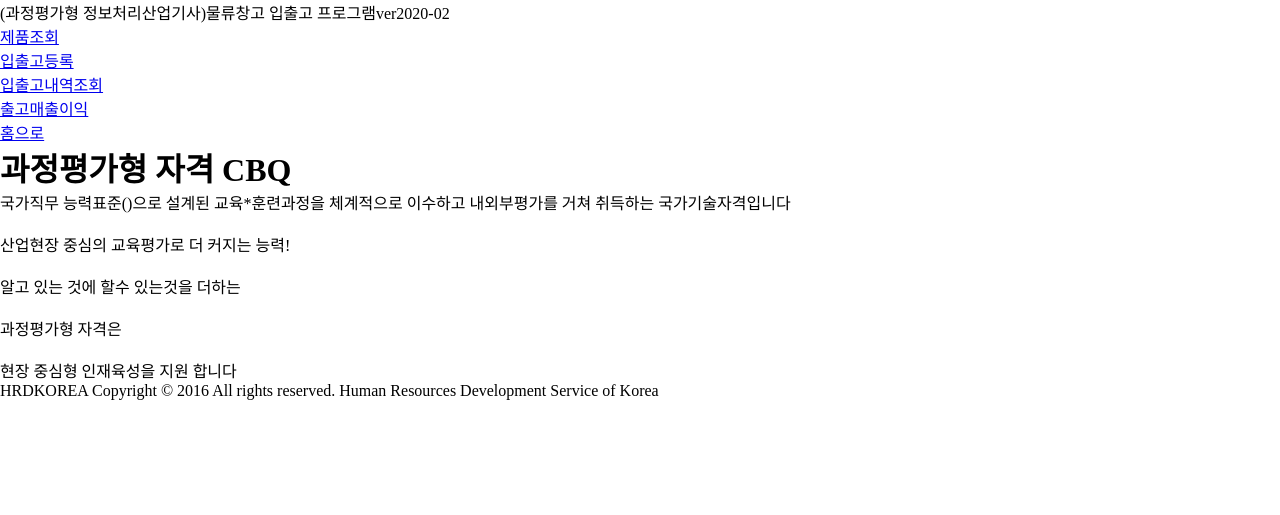
Repository: anakyn01/2_two
Page: http://localhost/cbq_1/two.jsp
The author's editor kept a copy of each file at every save. The page is drawn from the files as they stood at one save, then again after the next save.
The browser window is 1280 px wide. The pictures show the whole page.
The page is served by Tomcat 9. Other server files are loaded and not shown.

Above is the page before, as saved 2024-12-11 05:44:09.

### exam/cbq_1/src/main/webapp/two.jsp
<%@ page language="java" contentType="text/html; charset=UTF-8"
    pageEncoding="UTF-8"%>
<jsp:include page="include/header.jsp" flush="false" />

<jsp:include page="include/body.jsp" flush="flase" />

<jsp:include page="include/footer.jsp" flush="false" />

### exam/cbq_1/src/main/webapp/include/header.jsp
<%@ page language="java" contentType="text/html; charset=UTF-8"
    pageEncoding="UTF-8"%>
<!DOCTYPE html>
<html>
<head>
<meta charset="UTF-8">
<title>물류창고 입출고 프로그램</title>
<link rel="stylesheet" href="css/style.css"/>
</head>
<body>
<header>
(과정평가형 정보처리산업기사)물류창고 입출고 프로그램ver2020-02
</header>
<nav>
<ul class="nav">
<li><a href="one.jsp">제품조회</a></li>
<li><a href="two.jsp">입출고등록</a></li>
<li><a href="three.jsp">입출고내역조회</a></li>
<li><a href="four.jsp">출고매출이익</a></li>
<li><a href="/">홈으로</a></li>
</ul>
</nav>

### exam/cbq_1/src/main/webapp/include/body.jsp
<%@ page language="java" contentType="text/html; charset=UTF-8"
    pageEncoding="UTF-8"%>
<h1>과정평가형 자격 CBQ</h1>
<p>
국가직무 능력표준()으로 설계된 교육*훈련과정을 체계적으로 이수하고 내외부평가를 거쳐 취득하는 국가기술자격입니다<br>
<br>
산업현장 중심의 교육평가로 더 커지는 능력!<br>
<br>
알고 있는 것에 할수 있는것을 더하는<br>
<br>
과정평가형 자격은<br>
<br>
현장 중심형 인재육성을 지원 합니다<br>
</p>

### exam/cbq_1/src/main/webapp/include/footer.jsp
<%@ page language="java" contentType="text/html; charset=UTF-8"
    pageEncoding="UTF-8"%>
<footer>
HRDKOREA Copyright &copy; 2016 All rights reserved. Human Resources Development Service of Korea
</footer>
</body>
</html>

### exam/cbq_1/src/main/webapp/css/style.css
@charset "UTF-8";

html, html * {
margin:0; padding:0; box-sizing:border-box;
}

After the next save:
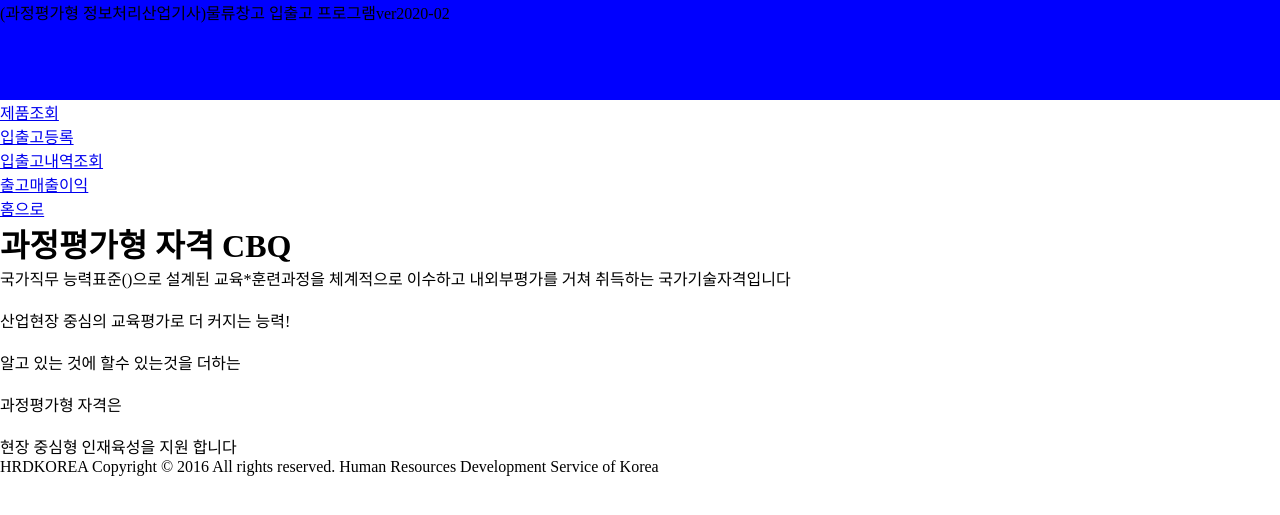
Saved 2 min 28 s later.
--- a/exam/cbq_1/src/main/webapp/css/style.css
+++ b/exam/cbq_1/src/main/webapp/css/style.css
@@ -3,3 +3,13 @@
 html, html * {
 margin:0; padding:0; box-sizing:border-box;
 }
+header{
+width:100%; background-color:blue;
+height:100px;
+}
+nav{
+width:100%;
+}
+.nav{
+width:100%;
+}
